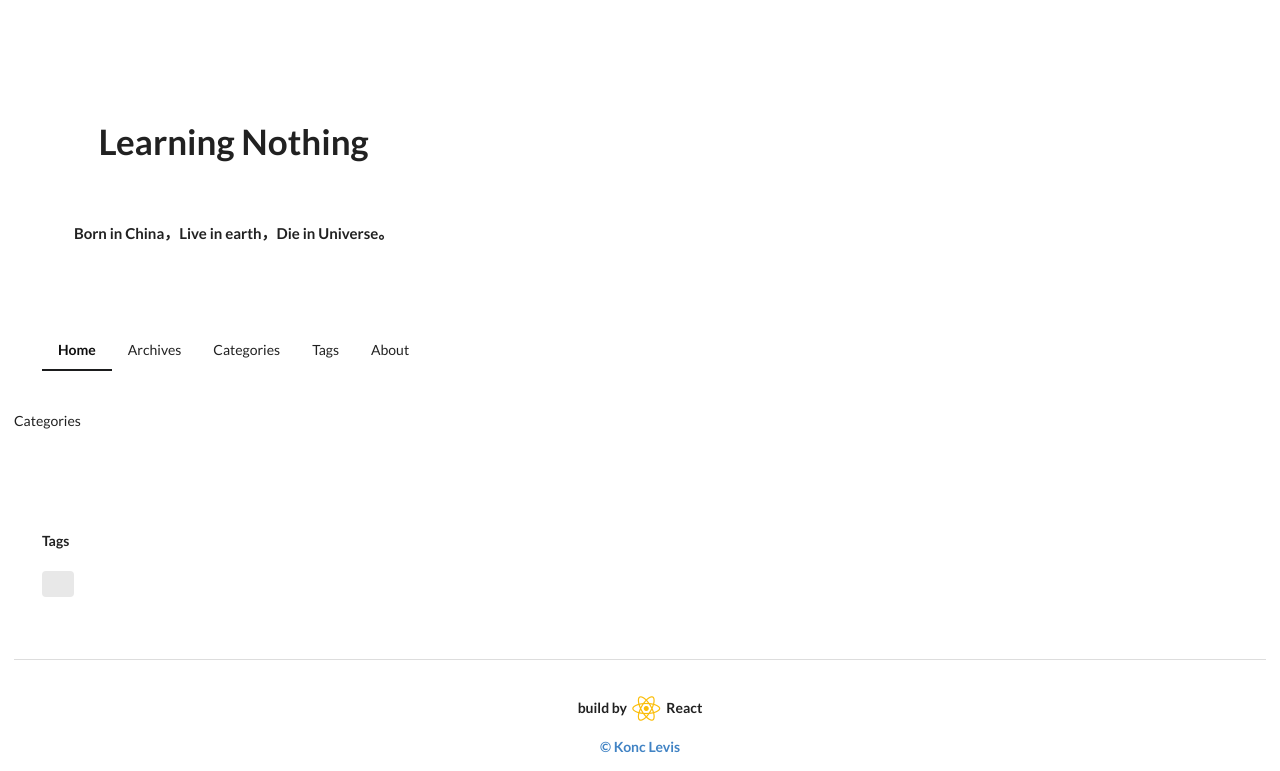
Repository: chu4j/my-spring-cloud-blog-frontend
Page: /
These files come from the project's save history. The page is drawn as it stood at one moment and after the next save; the edit follows.
The browser window is 1280 px wide. The pictures show the whole page.
The page's requests for data from a server got no answer. The project was rebuilt for these pictures with package versions that can differ from the ones it lists, and the page was loaded fresh each time. No one was signed in, and anything a server would have sent is missing. Also part of the build but not shown: src/components/Categories.jsx, src/components/FocusContent.jsx, src/css/App.css, src/components/owner/LoginForm.jsx, src/components/Tags.jsx, src/components/Timeline.jsx, src/components/TimelineHome.jsx.

Above is the page before, as saved 2021-02-24 11:19:31.

### src/index.js
import React from 'react';
import ReactDOM from 'react-dom';
import { BrowserRouter } from 'react-router-dom';
import 'semantic-ui-css/semantic.min.css';
import './css/index.css';
import BlogRouter from './router/Router';
import  'github-markdown-css';
ReactDOM.render(<
    BrowserRouter forceRefresh={true} >
    <BlogRouter />
</BrowserRouter>,
    document.getElementById('root')
);

### src/css/index.css
body {
  margin: 1em;
  -webkit-font-smoothing: antialiased;
  -moz-osx-font-smoothing: grayscale;
}

code {
  font-family: source-code-pro, Menlo, Monaco, Consolas, "Courier New",
    monospace;
}

.post-container {
  padding: 2px;
  border-radius: 0.5em;
}

.post-title {
}

.post-title:hover {
}

.blog-header {
  background-color: yellow;
}
/*animate*/

.posts-appear {
  opacity: 0;
}

.posts-enter {
  opacity: 1;
  transform: scale(0.95);
}

.posts-enter-active {
  opacity: 1;
  transform: translateX(0);
  transition: opacity 300ms, transform 200ms;
}

.posts-exit {
  opacity: 1;
  transform: scale(0.9);
}

.posts-exit-active {
  opacity: 0;
  transform: translateX(0);
  transition: opacity 300ms, transform 200ms;
}

.post-container pre code {
  color: rgb(151, 155, 95);
}
.category-label {
  display: inline-block;
  margin: 0.5 rem;
  padding: 0.5 rem;
}

### src/router/Router.jsx
import { Route, Switch } from "react-router-dom";
import Categories from "../components/Categories";
import FocusPostComponent from "../components/FocusContent";
import Home from "../components/Home";
import LoginForm from "../components/owner/LoginForm";
import Tags from "../components/Tags";
import MyTimeline from "../components/Timeline";
import TimelineHome from "../components/TimelineHome";
export default function BlogRouter() {
  return (
    <Switch>
      <Route path="/" exact>
        <Home />
      </Route>
      <Route path="/owner/login" exact>
        <LoginForm />
      </Route>
      <Route path="/category/:name" exact>
        <Home />
      </Route>
      <Route path="/tag/:name" exact>
        <Home />
      </Route>
      <Route path="/posts/page/:pageNumber">
        <Home />
      </Route>
      <Route path="/category/:name/page/:pageNumber">
        <Home />
      </Route>
      <Route path="/tag/:name/page/:pageNumber">
        <Home />
      </Route>
      <Route path="/post/:postId" exact>
        <FocusPostComponent />
      </Route>
      <Route path="/categories" exact>
        <Categories />
      </Route>
      <Route path="/tags" exact>
        <Tags />
      </Route>
      <Route path="/posts/timeline" exact>
        <TimelineHome />
      </Route>
      <Route path="/posts/timeline/page/:pageNumber" exact>
        <TimelineHome />
      </Route>
    </Switch>
  );
}

### src/components/Home.jsx
import { React, useEffect, useState } from "react";
import { useParams, useRouteMatch } from "react-router-dom";
import "../css/App.css";
import { ServerHost } from "./AppConfig";
import BlogLayout from "./BlogLayout";
import CategoryComponent from "./CategoryComponent";
import ContentComponent from "./Content";
import TagComponent from "./TagComponent";
async function getArchive(path) {
  const axios = require("axios").default;
  if (null == path) {
    return axios.get(ServerHost + "/v1/api/archive").then((res) => res.data);
  } else {
    return axios.get(path).then((res) => res.data);
  }
}
function countPath(router, name, pageNumber) {
  let requestUrl = "";
  let pagePrefix = "";
  const path = router.path;
  switch (path) {
    case "/":
      requestUrl = ServerHost + "/v1/api/archive";
      pagePrefix = "/posts/page/";
      break;
    case "/category/:name":
      requestUrl = ServerHost + "/v1/api/category/" + name;
      pagePrefix = "/category/" + name + "/page/";
      break;
    case "/category/:name/page/:pageNumber":
      requestUrl =
        ServerHost + "/v1/api/category/" + name + "?page=" + pageNumber;
      pagePrefix = "/category/" + name + "/page/";
      break;
    case "/tag/:name":
      requestUrl = ServerHost + "/v1/api/tag/" + name;
      pagePrefix = "/tag/" + name + "/page/";
      break;
    case "/tag/:name/page/:pageNumber":
      requestUrl = ServerHost + "/v1/api/tag/" + name + "?page=" + pageNumber;
      pagePrefix = "/tag/" + name + "/page/";
      break;
    case "/posts/page/:pageNumber":
      requestUrl = ServerHost + "/v1/api/archive?page=" + pageNumber;
      pagePrefix = "/posts/page/";
      break;
    default:
      break;
  }
  return { requestUrl, pagePrefix };
}
export default function Home() {
  let { name, pageNumber } = useParams();
  const router = useRouteMatch();
  console.log("router:" + JSON.stringify(router) + " type:" + typeof router);
  const params = countPath(router, name, pageNumber);
  console.log("returnPath:" + params.requestUrl);
  let activePage = 1;
  if (null != pageNumber && undefined != pageNumber) activePage = pageNumber;
  const [response, setData] = useState({});
  useEffect(() => {
    getArchive(params.requestUrl).then((res) => {
      setData(res);
    });
  }, []);
  return (
    <BlogLayout
      CategoryComponent={<CategoryComponent />}
      TagComponent={<TagComponent />}
      ContentComponent={
        <ContentComponent
          response={response}
          activePage={activePage}
          pagePrefix={params.pagePrefix}
        />
      }
      style={{ margin: 0, padding: 0 }}
    />
  );
}

### src/components/BlogLayout.jsx
import { Grid } from "semantic-ui-react";
import "../css/index.css";
import Header from "./BlogHeader";
import DivRow from "./Common";
import Footer from "./Footer";
export default function BlogLayout(props) {
  return (
    <div className="customBackground">
      <Grid stackable>
        <Grid.Row columns={1}>
          <Header />
        </Grid.Row>
        <Grid.Row>
          {props.CategoryComponent && props.TagComponent && (
            <Grid.Column width={3}>
              {props.CategoryComponent}
              <DivRow />
              <DivRow />
              <DivRow />
              {props.TagComponent}
            </Grid.Column>
          )}
          {props.CategoryComponent &&
          props.TagComponent &&
          props.ContentComponent ? (
            <Grid.Column width={12}>{props.ContentComponent}</Grid.Column>
          ) : (
            <Grid.Column width={16}>{props.ContentComponent}</Grid.Column>
          )}
        </Grid.Row>
        <Grid.Row columns={1}>
          <Grid.Column>
            <Footer />
          </Grid.Column>
        </Grid.Row>
      </Grid>
    </div>
  );
}

### src/components/CategoryComponent.jsx
import React, { Component } from "react";
import { ServerHost } from "./AppConfig";
import DivRow from "./Common";
class CategoryComponent extends Component {
  state = {
    data: [{}],
  };
  componentDidMount() {
    const axois = require("axios").default;
    axois
      .get(ServerHost + "/v1/api/category/statistics/count")
      .then((res) => {
        const data = res.data;
        this.setState({ data: data });
      })
      .catch((error) => {
        console.log(error);
      });
    console.log("category card render");
  }
  render() {
    return (
      <>
        <span>Categories</span>
        <DivRow />
        <div>
          {this.state.data.map((e, index) => (
            <a key={index} href={"/category/" + e.value} className="category-label">
              {e.value}
              &nbsp;
              {e.count}
            </a>
          ))}
        </div>
      </>
    );
  }
}
export default CategoryComponent;

### src/components/AppConfig.jsx
export const ServerHost = "http://localhost:9000";

### src/components/Content.jsx
import { React, useEffect, useState } from "react";
import { useHistory, withRouter } from "react-router-dom";
import { CSSTransition } from "react-transition-group";
import { Container, Grid, Header, Icon, Pagination } from "semantic-ui-react";
import DivRow from "./Common";

function ContentComponent(props) {
  const hljs = require("highlight.js");
  const [showComponent, setShowComponent] = useState(false);
  console.log("state : " + showComponent);
  useEffect(() => {
    let time = setTimeout(() => setShowComponent(true), 100);
    hljs.highlightAll();
    return () => {
      clearTimeout(time);
    };
  }, []);
  const history = useHistory();
  const handlePaginationClick = (e, { activePage }) => {
    const url = props.pagePrefix + activePage;
    history.push(url);
  };
  return (
    <>
      <CSSTransition
        in={showComponent}
        classNames="posts"
        timeout={200}
        unmountOnExit
      >
        <Container fluid style={{ padding: "4em" }}>
          {props.response.list &&
            props.response.list.map((a, index) => (
              <div
                className="post-container"
                style={index > 0 ? { marginTop: "3em" } : {}}
              >
                <Header as="h1" textAlign="center">
                  <a href={"/post/" + a.serialNumber} className="post-title">
                    {a.title}
                  </a>
                </Header>
                {
                  <div
                    className="markdown-body"
                    dangerouslySetInnerHTML={{ __html: a.content }}
                  ></div>
                }

                <DivRow />
                {a.category && a.tag && (
                  <>
                    <Container fluid>
                      <Grid>
                        <Grid.Row>
                          <Grid.Column width={5}>
                            {a.category.map((c, index) => (
                              <>
                                {" "}
                                <div key={index}>
                                  <span>
                                    <Icon name="linkify" color="blue" />
                                    <a
                                      href={"/category/" + c.category}
                                      style={{ fontWeight: "900" }}
                                    >
                                      {c.category}
                                    </a>
                                  </span>
                                </div>
                              </>
                            ))}
                          </Grid.Column>

                          <Grid.Column width={11}>
                            {a.tag.map((t, index) => (
                              <>
                                {" "}
                                <span key={index}>
                                  <Icon name="hashtag" color="yellow" />
                                  <a
                                    href={"/tag/" + t.tag}
                                    style={{ fontWeight: "900" }}
                                  >
                                    {t.tag}
                                  </a>
                                </span>
                              </>
                            ))}
                          </Grid.Column>
                        </Grid.Row>
                      </Grid>
                    </Container>
                  </>
                )}
                <DivRow />
                <DivRow />
              </div>
            ))}
          {props.response.totalPage > 1 && props.activePage && (
            <Container fluid textAlign="center" style={{ marginTop: "2em" }}>
              <Pagination
                totalPages={props.response.totalPage}
                firstItem={null}
                lastItem={null}
                pointing
                secondary
                activePage={props.activePage}
                onPageChange={handlePaginationClick}
              />
            </Container>
          )}
          {props.focus && props.response.list && (
            <div style={{ marginTop: "1em" }}>
              <Grid stackable>
                <Grid.Row>
                  <Grid.Column width={8}>
                    {props.response.list.map((e, index) => (
                      <>
                        {e.previous && (
                          <a
                            key={index}
                            href={"/post/" + e.previous.serialNumber}
                            style={{ fontWeight: "900" }}
                          >
                            <Icon name="angle left" size="big"></Icon>
                            &nbsp;&nbsp;{e.previous.title}
                          </a>
                        )}
                      </>
                    ))}
                  </Grid.Column>
                  <Grid.Column width={8} textAlign="right">
                    {props.response.list.map((e, index) => (
                      <>
                        {e.next && (
                          <a
                            key={index}
                            href={"/post/" + e.next.serialNumber}
                            style={{ fontWeight: "900" }}
                          >
                            {e.next.title}&nbsp;&nbsp;
                            <Icon name="angle right" size="big"></Icon>
                          </a>
                        )}
                      </>
                    ))}
                  </Grid.Column>
                </Grid.Row>
              </Grid>
            </div>
          )}
        </Container>
      </CSSTransition>
    </>
  );
}
export default withRouter(ContentComponent);

### src/components/TagComponent.jsx
import React, { Component } from 'react'
import {
    Container, Label, LabelGroup
} from 'semantic-ui-react'
import { ServerHost } from './AppConfig'
import DivRow from './Common'
class TagComponent extends Component {
    state = {
        data: [{}]
    }
    componentDidMount() {
        const axois = require('axios').default
        axois.get(ServerHost + "/v1/api/tag/statistics/count")
            .then(
                res => {
                    const data = res.data
                    this.setState({ data: data })
                }
            )
            .catch(
                error => {
                    console.error(error)
                }
            )
    }
    renderWords = (tag, size, color) => {
        return (
            <a key={tag.value}
                style={
                    {
                        fontSize: `${size / 4.5}em`,
                        display: 'inline-block',
                        color: color,
                        fontWeight: '700',
                    }

                }
                href={"/tag/" + tag.value}
                className="tagsWord" title={tag.count > 1 ? tag.count + " posts" : tag.count + " post"}> { tag.value} </a>
        )
    }

    // render() {
    //     return (<Container fluid textAlign="justified" >
    //         <span style={{ fontWeight: '900' }}>Tags</span>
    //         <DivRow />
    //         <TagCloud tags={this.state.data}
    //             minSize={4}
    //             maxSize={9}
    //             renderer={this.renderWords}
    //         />
    //     </Container>
    //     )
    // }
    render() {
        return (<Container fluid textAlign="justified" >
            <span style={{ fontWeight: '900' }}>Tags</span>
            <DivRow />
            <LabelGroup>
                {

                    this.state.data.map((e, index) =>
                        <Label as="a" key={index} href={"/tag/" + e.value}>
                            {e.value}
                            <Label.Detail color="olive">{e.count}</Label.Detail>
                        </Label>
                    )

                }
            </LabelGroup>
        </Container>
        )
    }

}
export default TagComponent

### src/components/Common.jsx
export default function DivRow() {
  return <div>&nbsp;</div>;
}

### src/components/BlogHeader.jsx
import React, { Component } from "react";
import { Header, Menu, Visibility } from "semantic-ui-react";
import "../css/main.css";
const style = {
  h1: {
    marginTop: "3em",
    fontWeight: "900",
    fontSize: "2.5em",
  },
  h3: {
    marginTop: "2em",
    padding: "2em 0em",
  },
};
const menuStyle = {
  border: "none",
  borderRadius: 0,
  boxShadow: "none",
  marginBottom: "1em",
  marginTop: "4em",
  transition: "box-shadow 0.5s ease, padding 0.5s ease",
};

const fixedMenuStyle = {
  backgroundColor: "#fff",
  border: "1px solid #ddd",
  boxShadow: "0px 3px 5px rgba(0, 0, 0, 0.2)",
};

const overlayStyle = {
  float: "left",
  margin: "0em 3em 1em 0em",
};

const fixedOverlayStyle = {
  ...overlayStyle,
  position: "fixed",
  top: "80px",
  zIndex: 10,
};

const overlayMenuStyle = {
  position: "relative",
  left: 0,
  transition: "left 0.5s ease",
};

const fixedOverlayMenuStyle = {
  ...overlayMenuStyle,
  left: "800px",
};

class BlogHeader extends Component {
  state = {
    activeItem: "home",
    menuFixed: false,
    overlayFixed: false,
  };
  stickOverlay = () => this.setState({ overlayFixed: true });

  stickTopMenu = () => this.setState({ menuFixed: true });

  unStickOverlay = () => this.setState({ overlayFixed: false });

  unStickTopMenu = () => this.setState({ menuFixed: false });

  handleItemClick = (e, { name }) => this.setState({ activeItem: name });
  render() {
    const { activeItem, menuFixed, overlayFixed, overlayRect } = this.state;
    return (
      <div style={{ paddingLeft: "3em" }}>
        <Header
          as="h1"
          content="Learning Nothing"
          style={style.h1}
          textAlign="center"
        />
        <Header
          as="h4"
          content="Born in China，Live in earth，Die in Universe。"
          style={style.h3}
          textAlign="center"
        />
        <Visibility
          onBottomPassed={this.stickTopMenu}
          onBottomVisible={this.unStickTopMenu}
          once={false}
        />
        <Menu
          borderless
          fixed={menuFixed ? "top" : undefined}
          style={menuFixed ? fixedMenuStyle : menuStyle}
          pointing
          secondary
          className="blog-header"
        >
          <Menu.Item
            as="a"
            name="home"
            active={activeItem === "home"}
            onClick={this.handleItemClick}
            position="right"
            link
            href="/"
          ></Menu.Item>
          <Menu.Item
            as="a"
            name="archives"
            active={activeItem === "archives"}
            onClick={this.handleItemClick}
            link
            href="/posts/timeline"
          />
          <Menu.Item
            as="a"
            name="categories"
            active={activeItem === "categories"}
            onClick={this.handleItemClick}
            link
            href="/categories"
          />
          <Menu.Item
            name="tags"
            active={activeItem === "tags"}
            onClick={this.handleItemClick}
            as="a"
            href="/tags"
          />
          <Menu.Item
            name="about"
            active={activeItem === "about"}
            onClick={this.handleItemClick}
          />
        </Menu>
        <Visibility
          offset={80}
          once={false}
          onTopPassed={this.stickOverlay}
          onTopVisible={this.unStickOverlay}
          style={overlayFixed ? { ...overlayStyle, ...overlayRect } : {}}
        />
      </div>
    );
  }
}

export default BlogHeader;

### src/components/Footer.jsx
import { Component, React } from "react";
import { Divider, Icon } from "semantic-ui-react";
import DivRow from "./Common";

class Footer extends Component {
  render() {
    return (
      <div style={{ marginTop: "2em", textAlign: "center" }}>
        <Divider />
        <DivRow />
        <p style={{ fontWeight: "900" }}>
          build by <Icon name="react" color="yellow" size="big" />
          <b>React</b>
        </p>

        <a href="https://www.github.com/konchoo">
          <b>&copy;&nbsp;Konc Levis</b>
        </a>
      </div>
    );
  }
}
export default Footer;

### src/css/main.css
.container {
  background-color: white;
  padding: 0em 2em 0em 2em;
}

Loaded but not shown: public/index.html (common file)

After the next save:
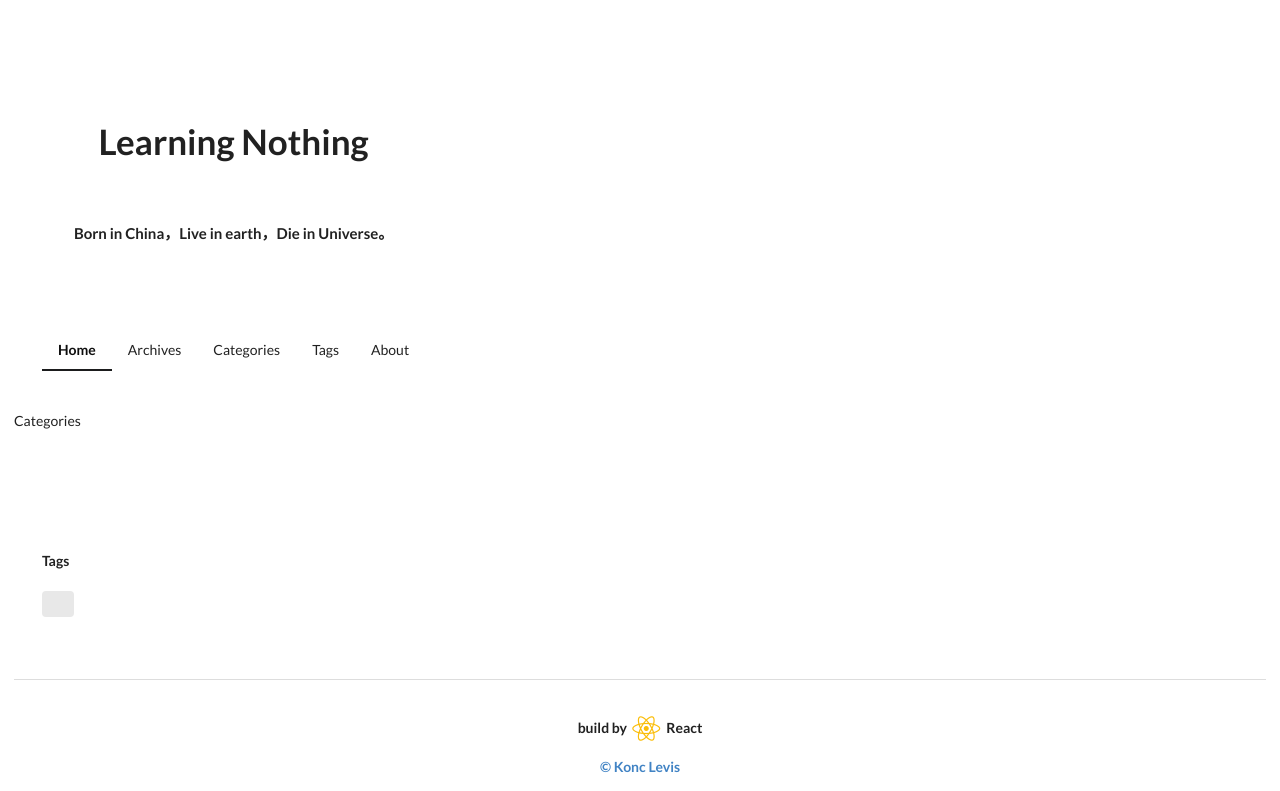
Saved 7 s later.
--- a/src/css/index.css
+++ b/src/css/index.css
@@ -57,5 +57,5 @@
 .category-label {
   display: inline-block;
   margin: 0.5 rem;
-  padding: 0.5 rem;
+  padding: 10px;
 }

After the save that followed:
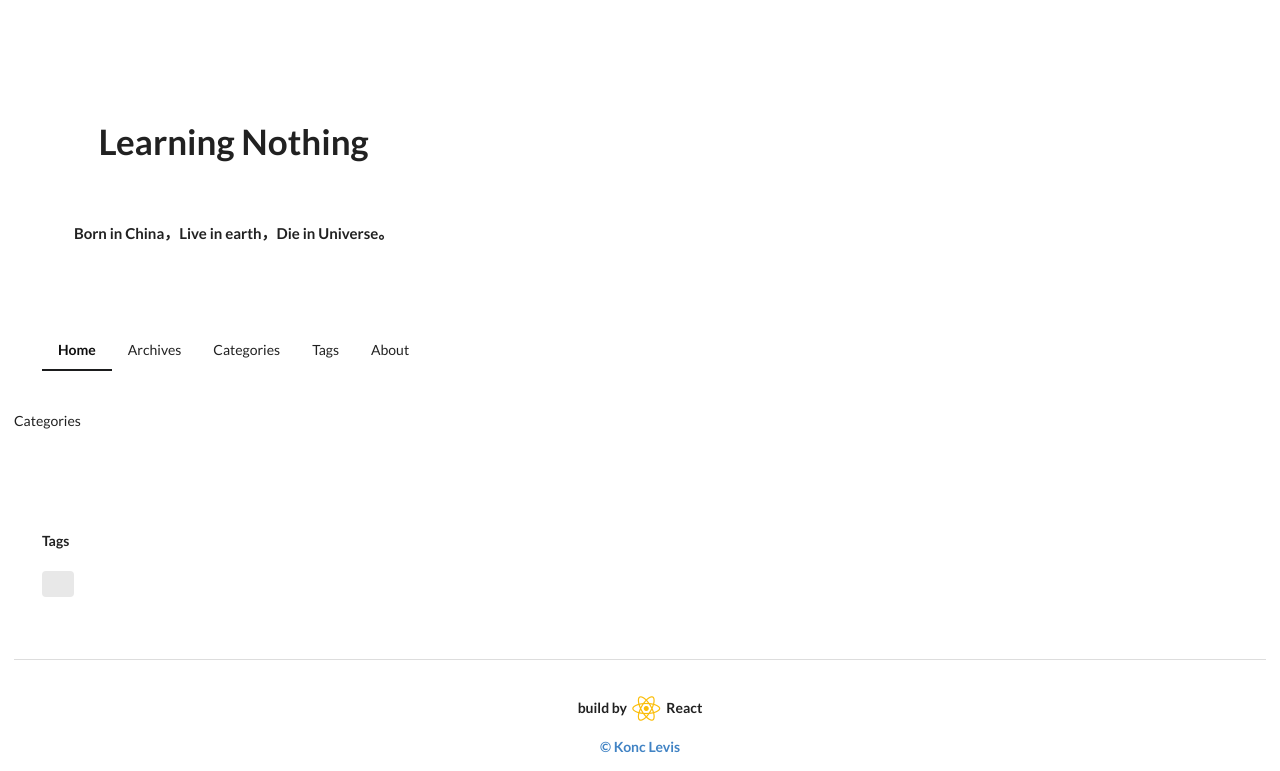
Saved 10 s later.
--- a/src/css/index.css
+++ b/src/css/index.css
@@ -57,5 +57,5 @@
 .category-label {
   display: inline-block;
   margin: 0.5 rem;
-  padding: 10px;
+  padding: 2 rem;
 }
